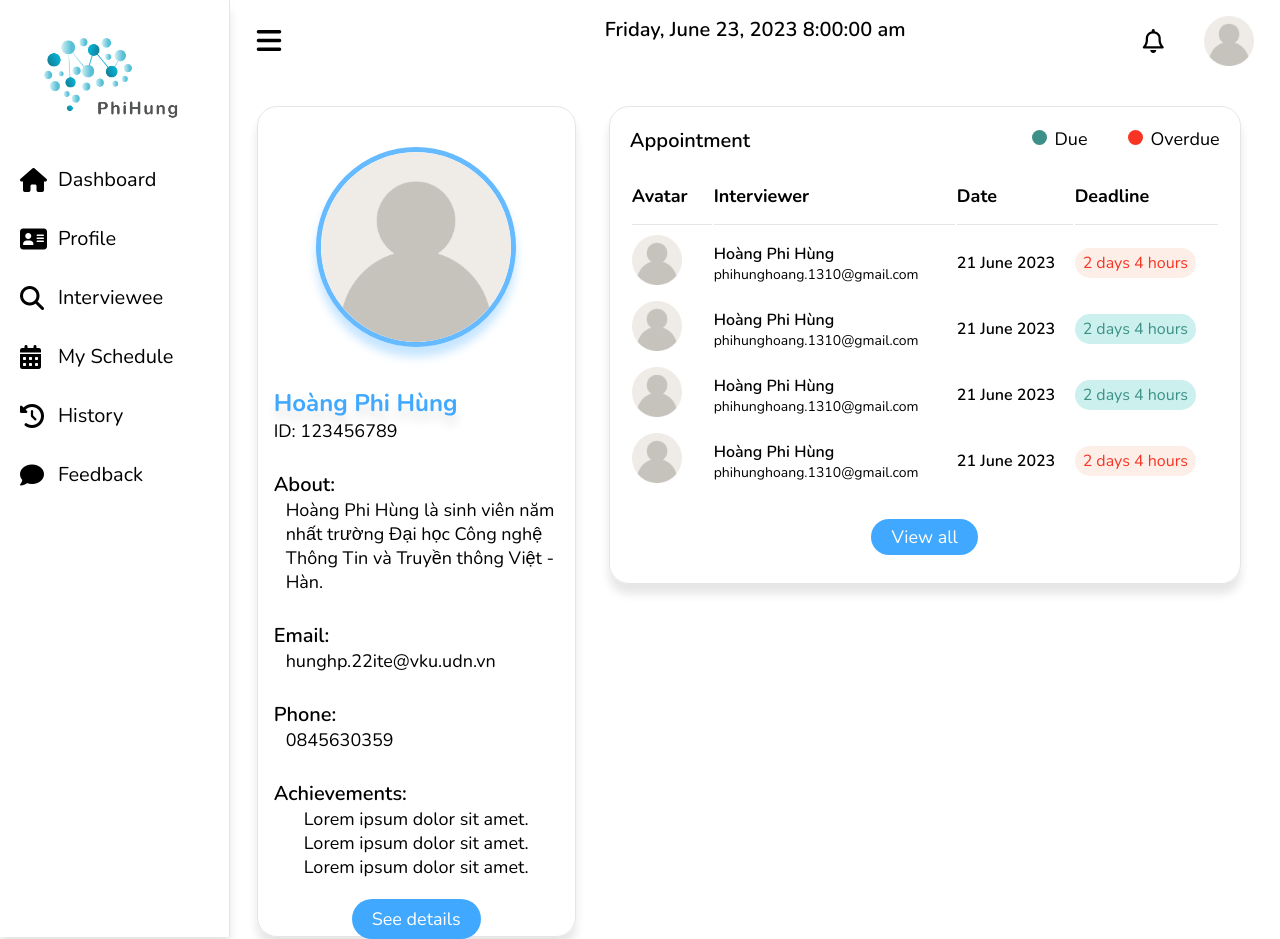
Repository: hphihungit/InterviewService
Page: interviewee.html
These files come from the project's save history. The page is drawn as it stood at one moment and after the next save; the edit follows.
The browser window is 1280 px wide. The pictures show the whole page.

Above is the page before, as saved 2023-06-01 01:25:32.

After the next save:
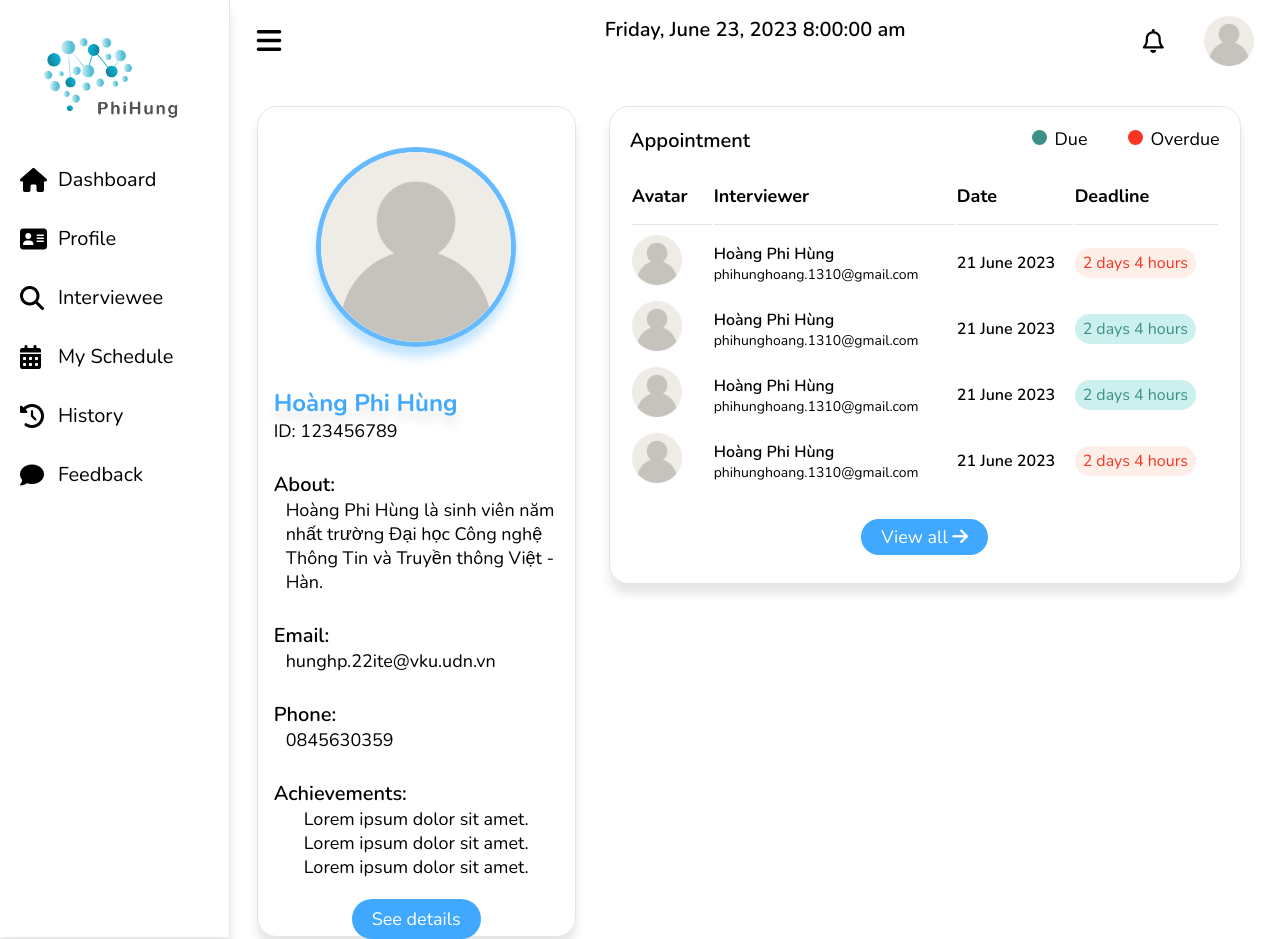
Saved 23 s later.
--- a/interviewee.html
+++ b/interviewee.html
@@ -204,6 +204,7 @@
                         <div class="view__all">
                             <a href="" class="view__all--btn">
                                 View all
+                                <i class="fa-solid fa-arrow-right"></i>
                             </a>
                         </div>
                     </div>
